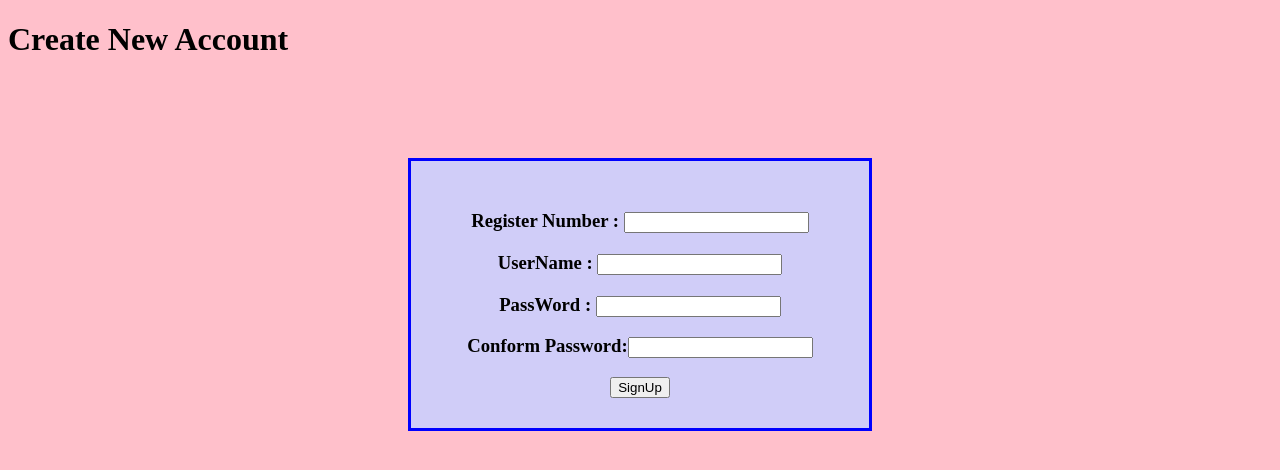
Repository: Vamsigundubogula/E-Commerce-Website
Page: http://localhost/E-commerce-website/signup.jsp
The author's editor kept a copy of each file at every save. The page is drawn from the files as they stood at one save, then again after the next save.
The browser window is 1280 px wide. The pictures show the whole page.
The page is served by Tomcat 9. Other server files are loaded and not shown.

Above is the page before, as saved 2023-09-11 10:11:23.

### E-commerce-website/WebContent/signup.jsp
<%@ page language="java" contentType="text/html; charset=ISO-8859-1"
    pageEncoding="ISO-8859-1"%>
<!DOCTYPE html>
<html>
<head>
<meta charset="ISO-8859-1">
<title>Sign up</title>
</head>
<style>
.content {
  justify-content: center;
  display: flex;
  margin: 100px 400px;
  border: 3px solid blue;
  padding: 30px;
  background-color: rgb(208, 205, 248);
}
</style>
<body bgcolor="pink">
	<h1>Create New Account</h1>
    <div class="content">
    <form action="signup" method="post" align="center">
    <h3>Register Number : <input type="text" name="Rno"></h3>
    <h3>UserName        : <input type="text" name="uname"></h3>
    <h3>PassWord        : <input type="text" name="pass"></h3>
    <h3>Conform Password:<input type="text" name="cpass"></h3>
    <button type="submit" align="center">SignUp</button>
    </form>
    </div>
</body>
</html>

After the next save:
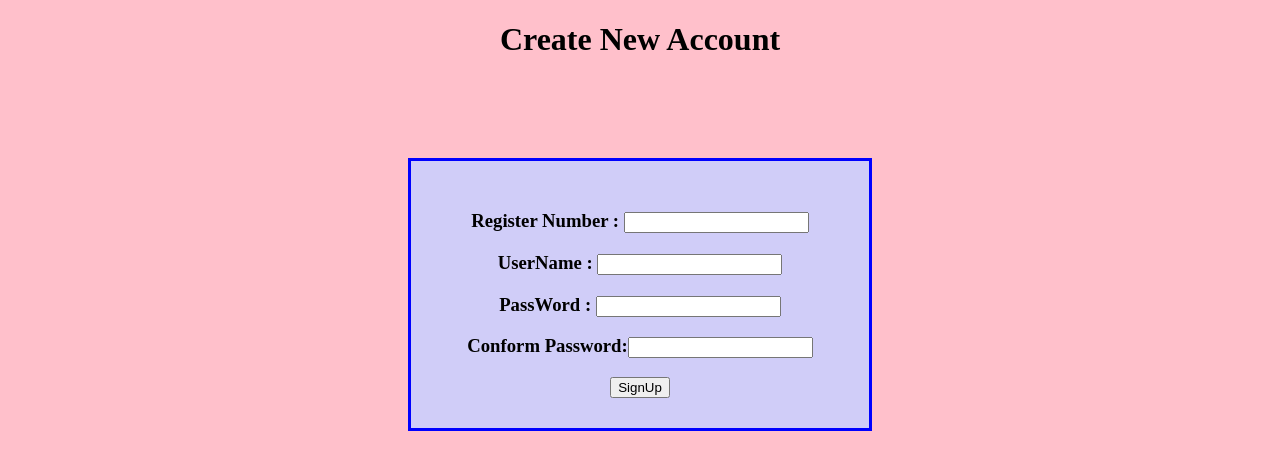
Saved 110 s later.
--- a/E-commerce-website/WebContent/signup.jsp
+++ b/E-commerce-website/WebContent/signup.jsp
@@ -16,7 +16,7 @@
   background-color: rgb(208, 205, 248);
 }
 </style>
-<body bgcolor="pink">
+<body bgcolor="pink" align="center">
 	<h1>Create New Account</h1>
     <div class="content">
     <form action="signup" method="post" align="center">
